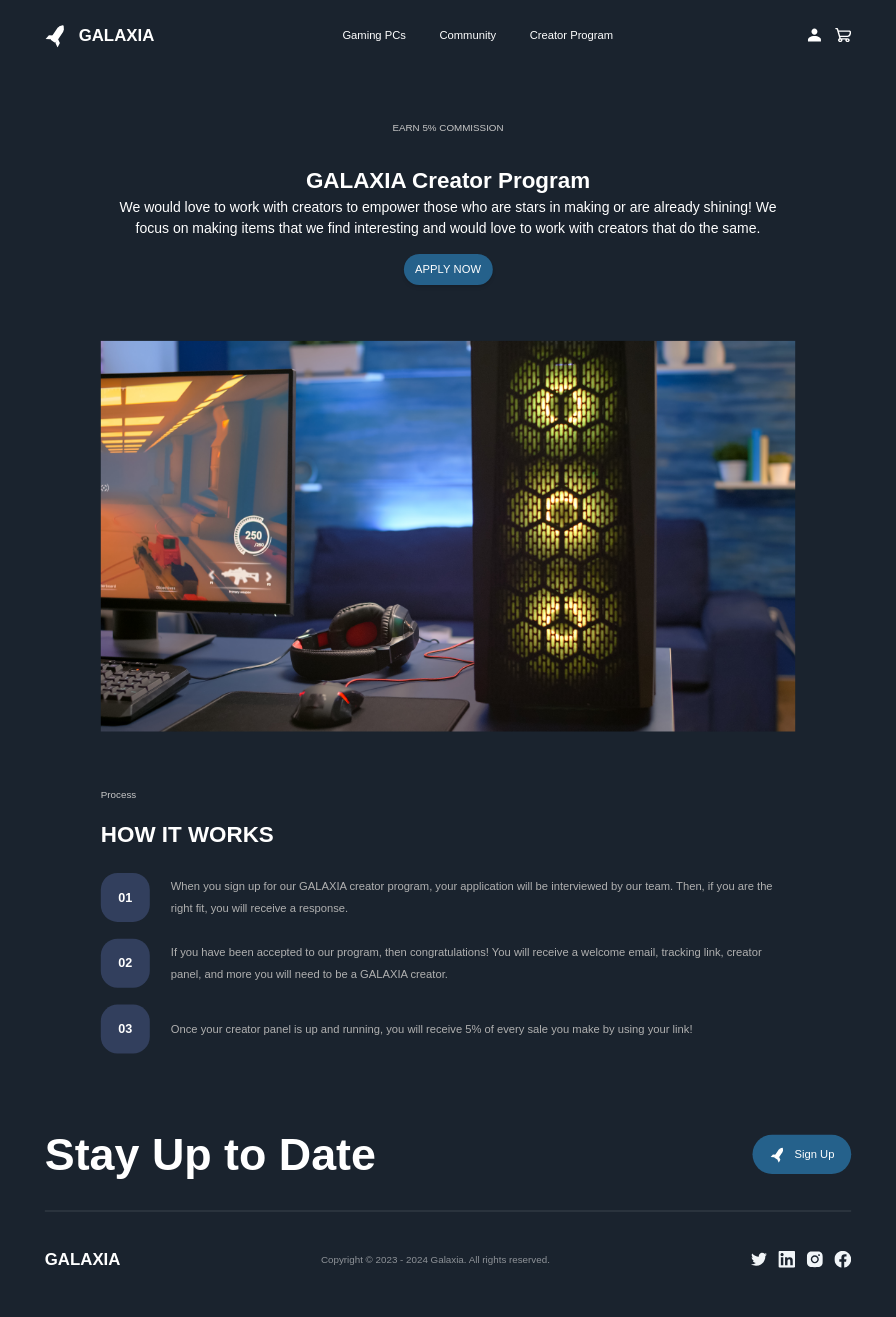
Repository: kaitlynlie/galaxia_pcs
Page: /creator
An editor plug-in stored every save of this project. The page is shown before and after the next save, followed by the edit.
The browser window is 1280 px wide. The pictures show the whole page, at 70% of full size.
Some web fonts or font styles are not loaded; a fallback is used. The project was rebuilt for these pictures with package versions that can differ from the ones it lists, and the page was loaded fresh each time. Also part of the build but not shown: vite.config.js, components/Button.jsx, components/PCcard.jsx, sections/Hero.jsx, sections/Triton.jsx, sections/Neptune.jsx, sections/Jupiter.jsx, sections/WhyUs.jsx and 7 more. Imported but missing from the stored project, and not drawn on this page: src/assets/video.mp4.

Above is the page before, as saved 2023-08-08 16:05:02.

### index.html
<!DOCTYPE html>
<html lang="en">
  <head>
    <meta charset="UTF-8" />
    <link rel="icon" type="image/svg+xml" href="/logo.svg" />
    <link rel="preconnect" href="https://stijndv.com" />
    <link rel="stylesheet" href="https://stijndv.com/fonts/Eudoxus-Sans.css" />
    <meta name="viewport" content="width=device-width, initial-scale=1.0" />
    <title>GALAXIA</title>
  </head>
  <body>
    <div id="root"></div>
    <script type="module" src="/src/main.jsx"></script>
  </body>
</html>

### src/main.jsx
import React from 'react'
import App from './App.jsx'
import ReactDOM from 'react-dom';
import { BrowserRouter } from 'react-router-dom';


ReactDOM.render(
  <BrowserRouter>
    <App />
  </BrowserRouter>,
  document.getElementById('root'),
);

### src/App.jsx
import Navbar from '../components/Navbar'
import Home from '../pages/Home'
import Community from '../pages/Community'
import Creator from '../pages/Creator'
import PCs from '../pages/PCs'
import { Route, Routes } from 'react-router-dom'
import React from 'react'
import '../styles/globals.css'

function App() {

  return (
    <>
    <div className='bg-primary-black overflow-hidden'>
      <Navbar />
      <Routes>
        <Route index path="/" element={<Home />} />
        <Route path="pc" element={<PCs />} />
        <Route path="community" element={<Community />} />
        <Route path="creator" element={<Creator />} />
      </Routes>
     </div>
    </>
  )
}

export default App

### components/Navbar.jsx
import { motion } from "framer-motion";
import styles from '../styles'
import { navVariants, textVariant } from '../utils/motion'
import { useState } from "react";
import { RiMenu3Line, RiCloseLine } from 'react-icons/ri';
import { Link } from 'react-router-dom'
import React from 'react'

const Navbar = () => {
  const [toggleMenu, setToggleMenu] = useState(false);

  const [nav, setNav] = useState(false);

  const openNav = () => {
    setNav(!nav);
  };

  return(
   <motion.nav
    variants={navVariants}
    initial="show"
    whileInView="show"
    viewport={{ once: false, amount: 0.25 }}
    className={`${styles.xPaddings} py-8 relative`}
  >
    <div className={`${styles.innerWidth} mx-auto flex justify-between gap-8 inline-block`}>
      <div className="flex flex-row gap-4">
        <img
          src='./logo.svg'
          alt='logo'
          />
          <Link onClick={openNav} to="/"><motion.h1 variants={textVariant(1.1)} className="flex text-white font-bold text-[24px]">
            <a>GALAXIA</a>
          </motion.h1></Link>
      </div>

      <ul className='flex justify-center items-center text-white max-[880px]:hidden block'>
        <Link onClick={openNav} to='/pc'><li className="mr-12"><a>Gaming PCs</a></li></Link>
        <Link onClick={openNav} to='/community'><li className="mr-12"><a>Community</a></li></Link>
        <Link onClick={openNav} to='/creator'><li><a>Creator Program</a></li></Link>
      </ul>

      <div className="relative ml-1 pointer max-[880px]:block hidden z-10">
        {toggleMenu
          ? <RiCloseLine color="#fff" size={27} onClick={() => setToggleMenu(false)} />
          : <RiMenu3Line color="#fff" size={27} onClick={() => setToggleMenu(true)} />}
        {toggleMenu && (
        <div className="flex justify-end items-end flex-col text-end bg-[#026884ce] p-3 absolute top-[40px] right-[10px] mt-1 rounded-[5px] shadow z-10">
          <div className="none">
            <ul className='flex justify-end items-end flex-col text-white text-end p-1'>
              <Link onClick={openNav} to='/pc'><li><a>Gaming PCs</a></li></Link>
              <Link onClick={openNav} to='/community'><li className="mt-2 pointer"><a>Community</a></li></Link>
              <Link onClick={openNav} to='/creator'><li className="mt-2 pointer"><a>Creator Program</a></li></Link>
            </ul>
          </div>
        </div>
        )}
        </div>

        <div className="flex flex-row gap-4 items-center max-[880px]:hidden block">
        <img
          src='./user.svg'
          alt='user'
        />
        <img
          src='./cart.svg'
          alt='cart'
        />
      </div>
      </div>

  </motion.nav>
  );
};

export default Navbar;

### pages/Creator.jsx
import React from 'react'
import { Footer } from '../components'
import Program from '../sections/Program'

const Creator = () => {
  return (
    <div className='bg-primary-black overflow-hidden'>
      <div className='relative'>
        <Program />
        <Footer />
      </div>
    </div>
  )
}

export default Creator

### styles/globals.css
@import "tailwindcss/base";

@import "tailwindcss/components";

@import "tailwindcss/utilities";

* {
  margin: 0;
  padding: 0;
  box-sizing: border-box;
  font-family: "Eudoxus Sans", sans-serif;
  scroll-behavior: smooth;
}

.gradient-01 {
  background-image: linear-gradient(
    270deg,
    hsl(295deg 76% 51%) 0%,
    hsl(284deg 70% 73%) 26%,
    hsl(257deg 70% 86%) 39%,
    hsl(202deg 92% 90%) 50%,
    hsl(215deg 77% 81%) 61%,
    hsl(221deg 73% 70%) 74%,
    hsl(220deg 76% 51%) 100%
  );
  filter: blur(125px);
}

.hero-gradient {
  background: linear-gradient(
    97.86deg,
    #a509ff 0%,
    #34acc7 53.65%,
    #a134c7 100%
  );
}

.gradient-02 {
  position: absolute;
  width: 200px;
  height: 438px;
  top: 0px;
  right: 0px;

  background: #7aebfb;
  filter: blur(190px);
}

.glassmorphism {
  background: rgba(255, 255, 255, 0.25);
  box-shadow: 0 8px 32px 0 rgba(31, 38, 135, 0.37);
  backdrop-filter: blur(4px);
  -webkit-backdrop-filter: blur(4px);
  border: 1px solid rgba(255, 255, 255, 0.18);
}

.gradient-03 {
  position: absolute;
  width: 404px;
  height: 800px;
  left: 20%;
  top: 5%;

  background: rgba(149, 66, 232, 0.35);
  filter: blur(175px);
  transform: rotate(-114.2deg);
}

.gradient-04 {
  position: absolute;
  width: 304px;
  height: 100vh;
  left: 30%;
  top: 10%;

  background: rgba(45, 72, 152, 0.75);
  filter: blur(200px);
  transform: rotate(-53.13deg);
}

.gradient-05 {
  background: linear-gradient(
    180deg,
    rgba(255, 255, 255, 0.04) 0%,
    rgba(255, 255, 255, 0) 100%
  );
}

.feedback-gradient {
  position: absolute;
  width: 200px;
  height: 316px;
  left: 0px;
  top: 0px;

  background: #8d39a3;
  filter: blur(175px);
}

.footer-gradient {
  position: absolute;
  width: 500px;
  height: 100px;
  left: 37%;
  bottom: 0;

  background: #65c4fa;
  filter: blur(150px);
}

.object {
  animation: MoveUpDown 4s linear infinite;
  position: relative;
  left: 0;
  bottom: 0;
}

@keyframes MoveUpDown {
  0%, 100% {
    bottom: 0;
  }
  50% {
    bottom: 100px;
  }
}

### styles/index.js
const styles = {
    innerWidth: '2xl:max-w-[1280px] w-full',
    interWidth: 'lg:w-[80%] w-[100%]',

    paddings: 'sm:p-16 xs:p-8 px-6 py-12',
    yPaddings: 'sm:py-16 xs:py-8 py-12',
    xPaddings: 'sm:px-16 px-6',
    topPaddings: 'sm:pt-16 xs:pt-8 pt-12',
    bottomPaddings: 'sm:pb-16 xs:pb-8 pb-12',

    flexCenter: 'flex justify-center items-center',
    flexStart: 'flex justify-start items-start',
    flexEnd: 'flex justify-end',
    navPadding: 'pt-[98px]',

    // hero section
    heroHeading:
        'font-bold lg:text-[144px] md:text-[100px] sm:text-[60px] text-[44px] lg:leading-[158.4px] md:leading-[114.4px] sm:leading-[74.4px] leading-[64.4px] uppercase text-white',
    heroDText:
        'md:w-[212px] sm:w-[80px] w-[60px] md:h-[108px] sm:h-[48px] h-[38px] md:border-[18px] border-[9px] rounded-r-[50px] border-white sm:mx-2 mx-[6px]',
  };

  export default styles;

### utils/motion.js
export const navVariants = {
  hidden: {
    opacity: 0,
    y: -50,
    transition: {
      type: 'spring',
      stiffness: 300,
      damping: 140,
    },
  },
  show: {
    opacity: 1,
    y: 0,
    transition: {
      type: 'spring',
      stiffness: 80,
      delay: 1,
    },
  },
};

export const slideIn = (direction, type, delay, duration) => ({
  hidden: {
    x: direction === 'left' ? '-100%' : direction === 'right' ? '100%' : 0,
    y: direction === 'up' ? '100%' : direction === 'down' ? '100%' : 0,
  },
  show: {
    x: 0,
    y: 0,
    transition: {
      type,
      delay,
      duration,
      ease: 'easeOut',
    },
  },
});

export const staggerContainer = (staggerChildren, delayChildren) => ({
  hidden: {},
  show: {
    transition: {
      staggerChildren,
      delayChildren,
    },
  },
});

export const textVariant = (delay) => ({
  hidden: {
    y: 50,
    opacity: 0,
  },
  show: {
    y: 0,
    opacity: 1,
    transition: {
      type: 'spring',
      duration: 1.25,
      delay,
    },
  },
});

export const textContainer = {
  hidden: {
    opacity: 0,
  },
  show: (i = 1) => ({
    opacity: 1,
    transition: { staggerChildren: 0.1, delayChildren: i * 0.1 },
  }),
};

export const textVariant2 = {
  hidden: {
    opacity: 0,
    y: 20,
  },
  show: {
    opacity: 1,
    y: 0,
    transition: {
      type: 'tween',
      ease: 'easeIn',
    },
  },
};

export const fadeIn = (direction, type, delay, duration) => ({
  hidden: {
    x: direction === 'left' ? 100 : direction === 'right' ? -100 : 0,
    y: direction === 'up' ? 100 : direction === 'down' ? -100 : 0,
    opacity: 0,
  },
  show: {
    x: 0,
    y: 0,
    opacity: 1,
    transition: {
      type,
      delay,
      duration,
      ease: 'easeOut',
    },
  },
});

export const planetVariants = (direction) => ({
  hidden: {
    x: direction === 'left' ? '-100%' : '100%',
    rotate: 120,
  },
  show: {
    x: 0,
    rotate: 0,
    transition: {
      type: 'spring',
      duration: 1.8,
      delay: 0.5,
    },
  },
});

export const zoomIn = (delay, duration) => ({
  hidden: {
    scale: 0,
    opacity: 0,
  },
  show: {
    scale: 1,
    opacity: 1,
    transition: {
      type: 'tween',
      delay,
      duration,
      ease: 'easeOut',
    },
  },
});

export const footerVariants = {
  hidden: {
    opacity: 0,
    y: 50,
    transition: {
      type: 'spring',
      stiffness: 300,
      damping: 140,
    },
  },
  show: {
    opacity: 1,
    y: 0,
    transition: {
      type: 'spring',
      stiffness: 80,
      delay: 0.5,
    },
  },
};

### components/index.js
import Navbar from './Navbar';
import { TypingText, TitleText } from './CustomTexts';
import PCcard from './PCcard';
import WhyFeatures from './WhyFeatures';
import Footer from './Footer';
import Button from './Button';

export {
  Navbar,
  TitleText,
  TypingText,
  WhyFeatures,
  PCcard,
  Footer,
  Button,
};

### sections/Program.jsx
import React from 'react'
import { motion } from 'framer-motion'
import { Button, TypingText, WhyFeatures, TitleText } from '../components'
import styles from '../styles'
import { creators } from '../constants'

const Program = () => {
  return (
    <section className={`${styles.xPaddings} relative z-10 py-8 flex flex-col justify-center items-center mt-10`}>
      <div className={`${styles.innerWidth} md:px-[100px] mb-0 items-center flex-col flex justify-center`}>
          <TypingText title='EARN 5% COMMISSION' textStyles='text-center' />
          <div className="font-normal text-center text-secondary-white mt-10 flex-col flex flex-center items-center justify-center">
              <span className="font-extrabold text-white sm:text-[32px] text-[20px]">GALAXIA Creator Program</span>
              <p className="text-[20px] text-white">We would love to work with creators to empower those who are stars in making or are already shining! We focus on making items that we find interesting and would love to work with creators that do the same.</p>
            <button
                type="button"
                className="flex w-[127px] h-[44px] mt-[22px] items-center justify-center gap-[12px] bg-[#25618B] text-white text-[16px] rounded-[32px] pointer tracking-[0.08px] shrink-0 shadow-md transition-transform duration-300 hover:scale-105 hover:shadow-lg"
                >APPLY NOW
            </button>
        </div>
        </div>

        <div
          className="flex justify-center items-center flex-col mt-20 max-[549px]:px-0 px-20 relative">
            <img
                src='/creator.jpg'
                alt='creator'
            />
            <div className='mt-20'>
                <TypingText title="Process" />
                <TitleText title={<>HOW IT WORKS</>} />
                <div className="mt-[31px] flex flex-wrap items-center gap-[24px]">
                {creators.map((feature) => (
                <WhyFeatures key={feature.subtitle} {...feature} />
                ))}
            </div>
        </div>
        </div>
    </section>
  )
}

export default Program

### components/CustomTexts.jsx
'use client';

import { motion } from "framer-motion";
import { textContainer, textVariant2 } from '../utils/motion'

export const TypingText = ({ title, textStyles}) => (
  <motion.p
    variants={textContainer}
    className={`font-normal text-[14px] text-secondary-white ${textStyles}`}
  >
    {Array.from(title).map((letter, index) => (
      <motion.span variants={textVariant2} key={index}>
        {letter === ' ' ? '\u00A0' : letter}
      </motion.span>
    ))}
  </motion.p>
);

export const TitleText = ({ title, textStyles}) => (
  <motion.h2
    variants={textVariant2}
    initial='hidden'
    whileInView='show'
    className={`mt-[22px] font-bold text-[32px] text-white ${textStyles}`}>
      {title}
  </motion.h2>
);

### components/WhyFeatures.jsx
import styles from "../styles";

const WhyFeatures = ({ number, subtitle
}) => (
  <div className={`${styles.flexCenter} flex-row`}>
    <div className={`${styles.flexCenter} w-[70px] h-[70px] rounded-[24px] bg-[#323f5d]`}>
      <p className="font-bold text-[18px] text-white">0{number}</p>
    </div>
    <p className="flex-1 ml-[30px] font-normal text-[16px] text-[#B0B0B0] leading-[32px]">{subtitle}</p>
  </div>
);

export default WhyFeatures;

### components/Footer.jsx
'use client';
import { motion } from "framer-motion";
import { socials } from "../constants";
import styles from "../styles";
import { footerVariants } from "../utils/motion";

const Footer = () => (
  <motion.footer
    variants={footerVariants}
    initial='show'
    whileInView='show'
    viewport={{ once: true, amount: 0.25 }}
    className={`${styles.paddings} py-8 relative`}>
    {/* <div className="footer-gradient" /> */}
    <div className={`${styles.innerWidth} mx-auto flex flex-col gap-8`}>
      <div className="flex items-center sm:justify-between flex-wrap gap-5">
        <h4 className="font-bold md:text-[64px] text-[44px] text-white">Stay Up to Date</h4>
        <button type="button" className="flex items-center h-fit py-4 px-6 bg-[#25618b] rounded-[32px] gap-[12px]">
          <img src='/logo.svg' alt='logo' className="w-[24px] h-[24px] object-contains"/>
          <span className="font-normal text-[16px] text-white">Sign Up</span>
        </button>
      </div>

      <div className="flex flex-col">
        <div className="mb-[50px] h-[2px] bg-white opacity-10"/>
        <div className="flex items-center justify-between flex-wrap gap-4">
          <h4 className="font-extrabold text-[24px] text-white">GALAXIA</h4>
          <p className="font-normal text-[14px] text-white opacity-50">
          Copyright © 2023 - 2024 Galaxia. All rights reserved.
          </p>
          <div className="flex gap-4">
            {socials.map((social) => (
              <img
                key={social.name}
                src={social.url}
                alt={social.name}
                className="w-[24px] h-[24px] object-contain cursor-pointer" />
            ))}
          </div>
        </div>
      </div>
    </div>
  </motion.footer>
);

export default Footer;

### constants/index.js
export const neptuneSet = [
  {
    imgUrl: '/pc3.png',
    title: 'THALASSA',
    price: '$1,099.99 USD',
    xprice: '$1,299.99 USD',
  },
  {
    imgUrl: '/pc2.png',
    title: 'NEREID',
    price: '$1,399.99 USD',
    xprice: '$1,699.99 USD',
  },
  {
    imgUrl: '/pc1.png',
    title: 'TRITON',
    price: '$1,599.99 USD',
    xprice: '$1,999.99 USD'
  }
];

export const jupiterSet = [
  {
    imgUrl: '/pc4.png',
    title: 'EUROPA',
    price: '$2,499.99 USD',
    xprice: '$2,699.99 USD',
  },
  {
    imgUrl: '/pc5.png',
    title: 'CALLISTO',
    price: '$2,599.99 USD',
    xprice: '$2,799.99 USD',
  },
  {
    imgUrl: '/pc6.png',
    title: 'GANYMEDE',
    price: '$2,799.99 USD',
    xprice: '$2,999.99 USD'
  }
]

export const whyUs = [
  {
    number: 1,
    subtitle: 'Built with the highest quality of materials, Galaxia hand builds and ships worldwide, delivering with a white glove service.'
  },
  {
    number: 2,
    subtitle: 'We offer a 1 year full parts and labor warranty in case anything happens, so you can spend your time having fun instead fo worrying.'
  },
  {
    number: 3,
    subtitle: 'We are not lying when we say we have the highest performing PCs in the galaxy, with quality parts and expert craftmanship for the best experience.'
  }
]

export const creators = [
  {
    number: 1,
    subtitle: 'When you sign up for our GALAXIA creator program, your application will be interviewed by our team. Then, if you are the right fit, you will receive a response.'
  },
  {
    number: 2,
    subtitle: 'If you have been accepted to our program, then congratulations! You will receive a welcome email, tracking link, creator panel, and more you will need to be a GALAXIA creator.'
  },
  {
    number: 3,
    subtitle: 'Once your creator panel is up and running, you will receive 5% of every sale you make by using your link!'
  }
]

export const socials = [
  {
    name: 'twitter',
    url: '/twitter.svg',
  },
  {
    name: 'linkedin',
    url: '/linkedin.svg',
  },
  {
    name: 'instagram',
    url: '/instagram.svg',
  },
  {
    name: 'facebook',
    url: '/facebook.svg',
  },
];

### tailwind.config.js
/** @type {import('tailwindcss').Config} */
module.exports = {
  content: [
    "./src/**/*.{html,js,jsx}",
    './pages/**/*.{html,js,jsx}',
    './components/**/*.{html,js,jsx}',
    './sections/**/*.{html,js,jsx}',
    './styles/**/*.{js,jsx}',
  ],
  mode: 'jit',
  theme: {
    extend: {
      colors: {
        'primary-black': '#1A232E',
        'secondary-white': '#c7c7c7',
      },
      transitionTimingFunction: {
        'out-flex': 'cubic-bezier(0.05, 0.6, 0.4, 0.9)',
      },
    },
  },
  plugins: [],
};

After the next save:
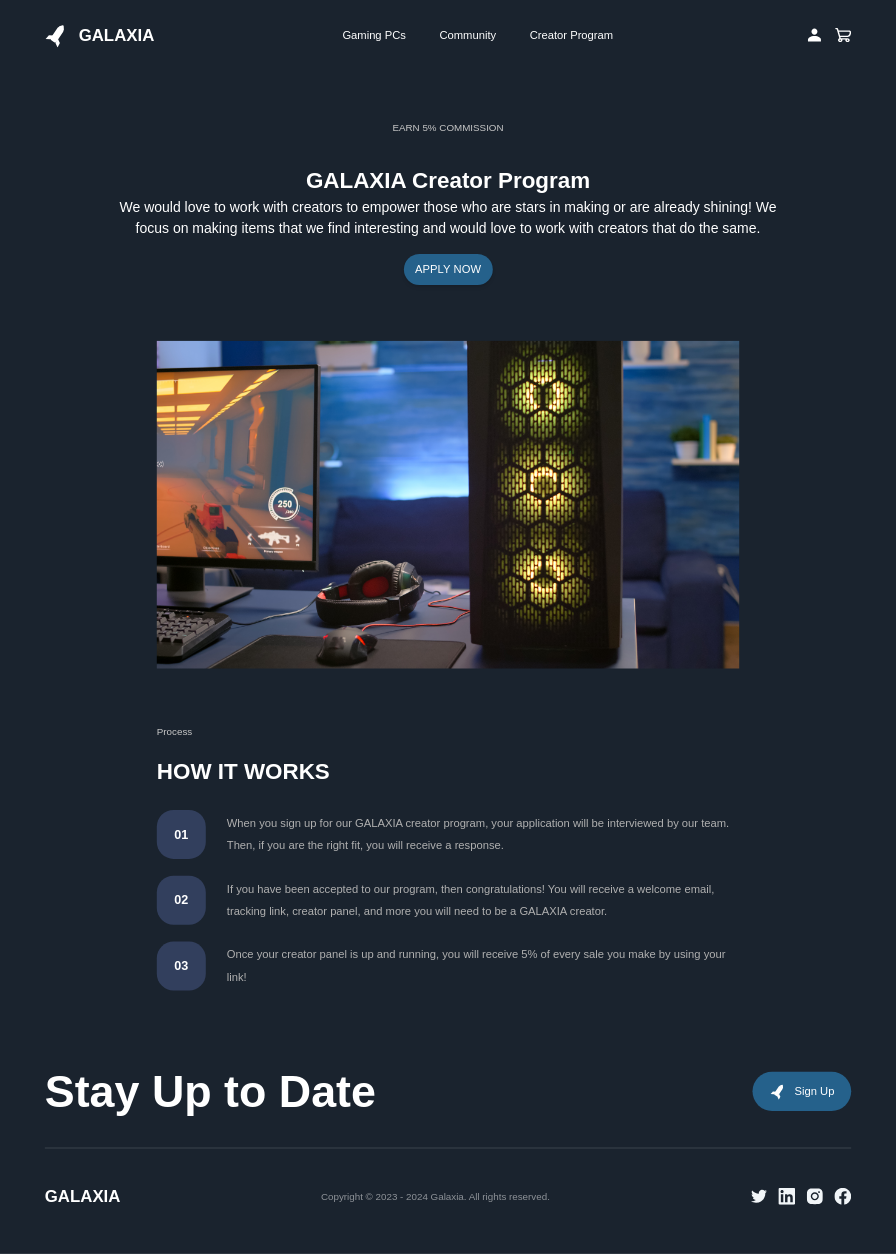
Saved 54 s later.
--- a/sections/Program.jsx
+++ b/sections/Program.jsx
@@ -21,7 +21,7 @@
         </div>
 
         <div
-          className="flex justify-center items-center flex-col mt-20 max-[549px]:px-0 px-20 relative">
+          className="flex justify-center items-center flex-col mt-20 max-[549px]:px-0 px-40 relative">
             <img
                 src='/creator.jpg'
                 alt='creator'

After the 3 saves that followed:
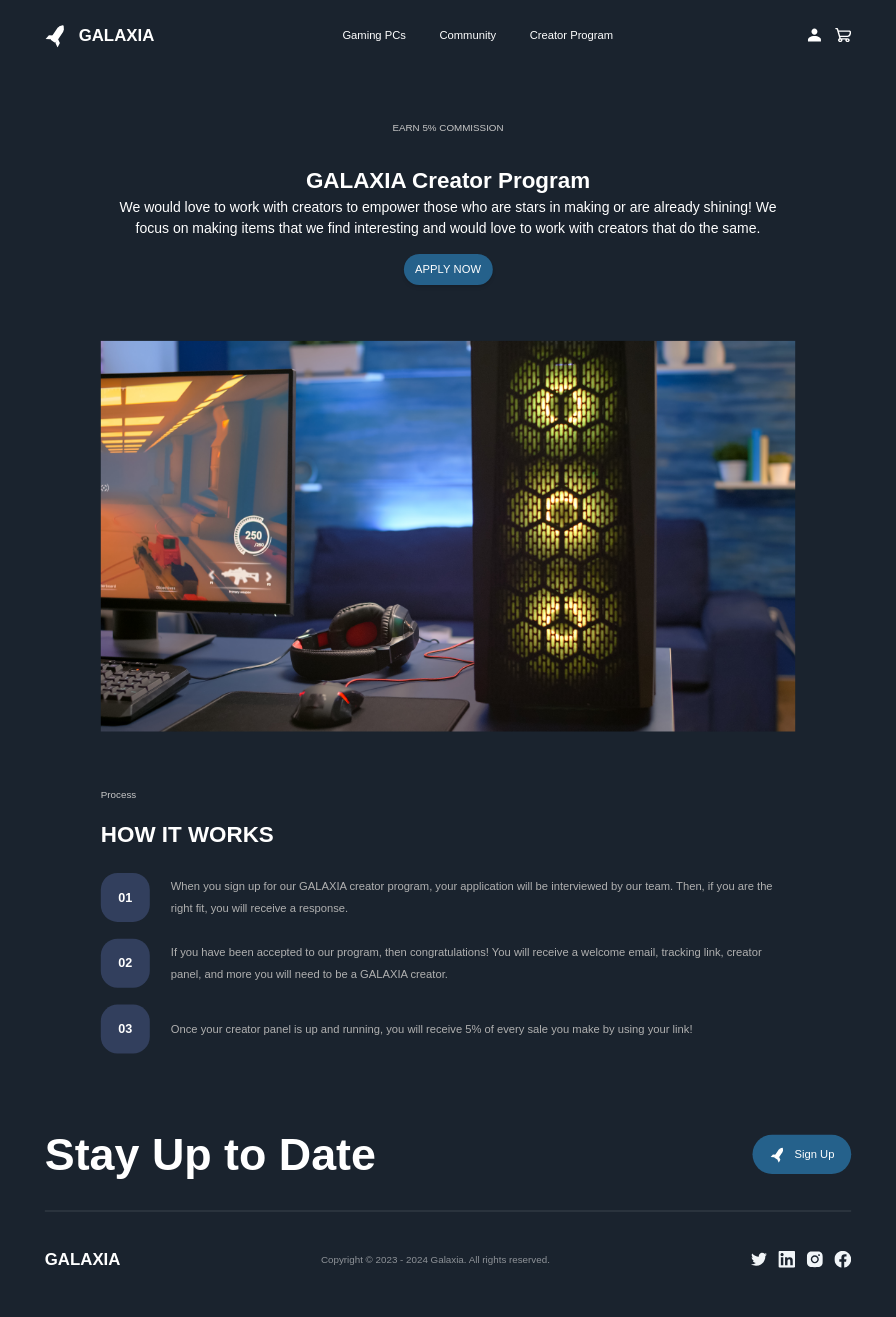
The 3 saves are shown as one change because 2 left the picture as it was.
The last was saved 87 s later.
--- a/sections/Program.jsx
+++ b/sections/Program.jsx
@@ -21,7 +21,7 @@
         </div>
 
         <div
-          className="flex justify-center items-center flex-col mt-20 max-[549px]:px-0 px-40 relative">
+          className="flex justify-center items-center flex-col mt-20 max-[549px]:px-0 px-20 relative">
             <img
                 src='/creator.jpg'
                 alt='creator'
